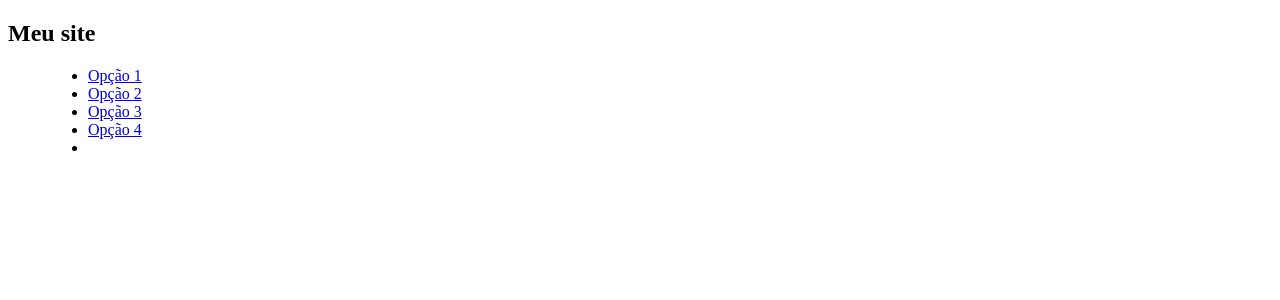
Repository: Sandro1969-tech/menu-hamburger
Page: index.html
These files come from the project's save history. The page is drawn as it stood at one moment and after the next save; the edit follows.
The browser window is 1280 px wide. The pictures show the whole page.

Above is the page before, as saved 2025-12-25 17:45:24.

### index.html
<!DOCTYPE html>
<html lang="pt-br">
<head>
    <meta charset="UTF-8">
    <meta name="viewport" content="width=device-width, initial-scale=1.0">
    <title>Media Queries</title>
</head>
<body>
  <header>
    <main>
        <article>
            <h1>Meu site</h1>
            <menu>
                <ul>
                    <li><a href="#">Opção 1</a></li>
                    <li><a href="#">Opção 2</a></li>
                    <li><a href="#">Opção 3</a></li>
                    <li><a href="#">Opção 4</a></li>
                    <li></li>
                </ul>
            </menu>
        </article>
    </main>
  </header>
</body>
</html>

After the next save:
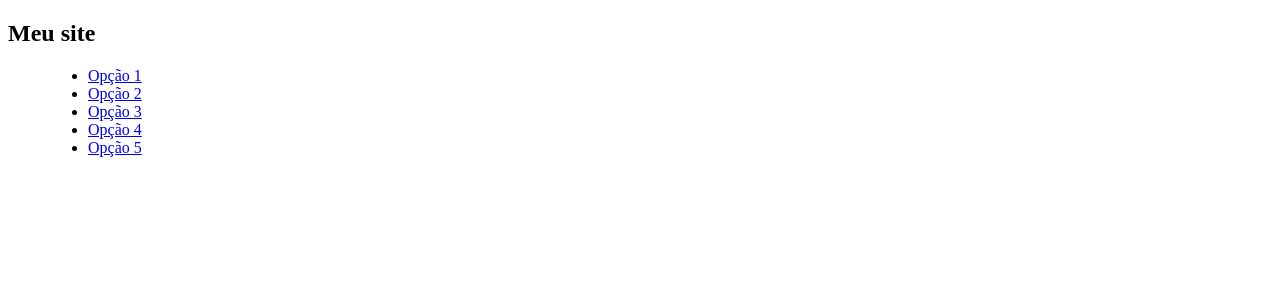
Saved 4 s later.
--- a/index.html
+++ b/index.html
@@ -16,7 +16,7 @@
                     <li><a href="#">Opção 2</a></li>
                     <li><a href="#">Opção 3</a></li>
                     <li><a href="#">Opção 4</a></li>
-                    <li></li>
+                    <li><a href="#">Opção 5</a></li>
                 </ul>
             </menu>
         </article>
